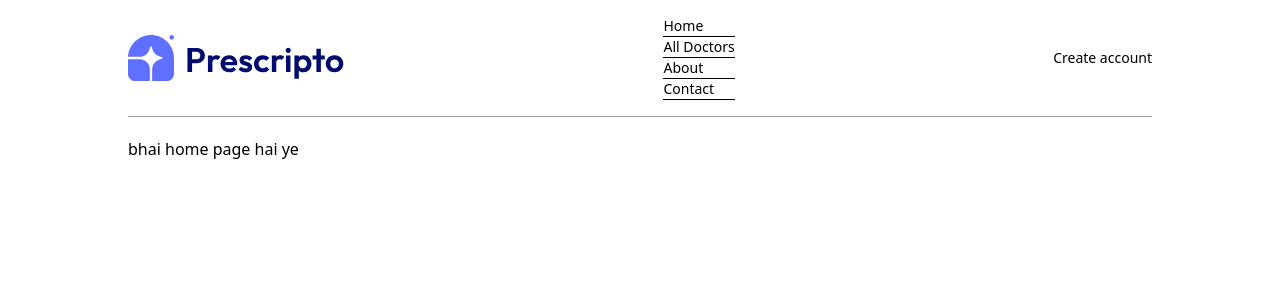
Repository: Pran2535/appointement_booking
Page: / (app in frontend/)
The author's editor kept a copy of each file at every save. The page is drawn from the files as they stood at one save, then again after the next save.
The browser window is 1280 px wide. The pictures show the whole page.
The project was rebuilt for these pictures with package versions that can differ from the ones it lists, and the page was loaded fresh each time. Also part of the build but not shown: frontend/vite.config.js, frontend/src/pages/About.jsx, frontend/src/pages/MyAppointments.jsx, frontend/src/pages/Doctors.jsx, frontend/src/pages/Login.jsx, frontend/src/pages/Contact.jsx, frontend/src/pages/MyProfile.jsx, frontend/src/pages/Appointment.jsx.

Above is the page before, as saved 2025-02-14 21:10:20.

### frontend/index.html
<!doctype html>
<html lang="en">
  <head>
    <meta charset="UTF-8" />
    <link rel="icon" type="image/svg+xml" href="/vite.svg" />
    <meta name="viewport" content="width=device-width, initial-scale=1.0" />
    <title>Mishra healthcare</title>
  </head>
  <body>
    <div id="root"></div>
    <script type="module" src="/src/main.jsx"></script>
  </body>
</html>

### frontend/src/main.jsx
import { StrictMode } from 'react'
import { createRoot } from 'react-dom/client'
import './index.css'
import App from './App.jsx'
import { BrowserRouter } from 'react-router-dom'

createRoot(document.getElementById('root')).render(
<BrowserRouter>
    <App />
  </BrowserRouter>,
)

### frontend/src/App.jsx
import React from 'react'
import { Route, Routes } from 'react-router-dom'
import Home from './pages/Home'
import About from './pages/About'
import MyAppointments from './pages/MyAppointments'
import Doctors from './pages/Doctors'
import Login from './pages/Login'
import Contact from './pages/Contact'
import MyProfile from './pages/MyProfile'
import Appointment from './pages/Appointment'
import Navbar from './components/Navbar'

const App = () => {
  return (
    <div className='mx-4 sm:mx-[10%]'>
      <Navbar/>{ /* mounted navbar component before routes so that it gets displayed over the all routes */}
      <Routes>
        <Route path='/' element={<Home />} />
        <Route path='/about' element={<About />} />
        <Route path='/my-appointments' element={<MyAppointments />} />
        <Route path='/doctors' element={<Doctors/>}/>
        <Route path='/doctors/:speciality' element={<Doctors/>}/>
        <Route path ='/login' element={<Login/>}/>
        <Route path='/contact' element={<Contact/>}/>
        <Route path ='/my-profile' element={<MyProfile/>}/>
        <Route path ='/appointments/:docId' element={<Appointment/>}/>
      </Routes>
    </div>
  )
}

export default App

### frontend/src/pages/Home.jsx
import React from 'react'

const Home = () => {
  return (
    <div>
      bhai home page hai ye
    </div>
  )
}

export default Home

### frontend/src/components/Navbar.jsx
import React from 'react'
import {assets}from '../assets/assets'
import { NavLink } from 'react-router-dom'
const Navbar = () => {
  return (
    <div className='flex items-center justify-between text-sm py-4 mb-5 border-b border-b-gray-400'>
        <img src={assets.logo} alt="" />
        <ul>
            <NavLink>
                <li>Home</li>
                <hr/>
                <li>All Doctors</li>
                <hr/>
                <li>About</li>
                <hr/>
                <li>Contact</li>
                <hr/>

            </NavLink>
        </ul>
        <div className="">
            <button>Create account</button>
        </div>
    </div>
  )
}

export default Navbar

### frontend/src/assets/assets.js
import appointment_img from './appointment_img.png'
import header_img from './header_img.png'
import group_profiles from './group_profiles.png'
import profile_pic from './profile_pic.png'
import contact_image from './contact_image.png'
import about_image from './about_image.png'
import logo from './logo.svg'
import dropdown_icon from './dropdown_icon.svg'
import menu_icon from './menu_icon.svg'
import cross_icon from './cross_icon.png'
import chats_icon from './chats_icon.svg'
import verified_icon from './verified_icon.svg'
import arrow_icon from './arrow_icon.svg'
import info_icon from './info_icon.svg'
import upload_icon from './upload_icon.png'
import stripe_logo from './stripe_logo.png'
import razorpay_logo from './razorpay_logo.png'
import doc1 from './doc1.png'
import doc2 from './doc2.png'
import doc3 from './doc3.png'
import doc4 from './doc4.png'
import doc5 from './doc5.png'
import doc6 from './doc6.png'
import doc7 from './doc7.png'
import doc8 from './doc8.png'
import doc9 from './doc9.png'
import doc10 from './doc10.png'
import doc11 from './doc11.png'
import doc12 from './doc12.png'
import doc13 from './doc13.png'
import doc14 from './doc14.png'
import doc15 from './doc15.png'
import Dermatologist from './Dermatologist.svg'
import Gastroenterologist from './Gastroenterologist.svg'
import General_physician from './General_physician.svg'
import Gynecologist from './Gynecologist.svg'
import Neurologist from './Neurologist.svg'
import Pediatricians from './Pediatricians.svg'


export const assets = {
    appointment_img,
    header_img,
    group_profiles,
    logo,
    chats_icon,
    verified_icon,
    info_icon,
    profile_pic,
    arrow_icon,
    contact_image,
    about_image,
    menu_icon,
    cross_icon,
    dropdown_icon,
    upload_icon,
    stripe_logo,
    razorpay_logo
}

export const specialityData = [
    {
        speciality: 'General physician',
        image: General_physician
    },
    {
        speciality: 'Gynecologist',
        image: Gynecologist
    },
    {
        speciality: 'Dermatologist',
        image: Dermatologist
    },
    {
        speciality: 'Pediatricians',
        image: Pediatricians
    },
    {
        speciality: 'Neurologist',
        image: Neurologist
    },
    {
        speciality: 'Gastroenterologist',
        image: Gastroenterologist
    },
]

export const doctors = [
    {
        _id: 'doc1',
        name: 'Dr. Richard James',
        image: doc1,
        speciality: 'General physician',
        degree: 'MBBS',
        experience: '4 Years',
        about: 'Dr. Davis has a strong commitment to delivering comprehensive medical care, focusing on preventive medicine, early diagnosis, and effective treatment strategies. Dr. Davis has a strong commitment to delivering comprehensive medical care, focusing on preventive medicine, early diagnosis, and effective treatment strategies.',
        fees: 50,
        address: {
            line1: '17th Cross, Richmond',
            line2: 'Circle, Ring Road, London'
        }
    },
    {
        _id: 'doc2',
        name: 'Dr. Emily Larson',
        image: doc2,
        speciality: 'Gynecologist',
        degree: 'MBBS',
        experience: '3 Years',
        about: 'Dr. Davis has a strong commitment to delivering comprehensive medical care, focusing on preventive medicine, early diagnosis, and effective treatment strategies. Dr. Davis has a strong commitment to delivering comprehensive medical care, focusing on preventive medicine, early diagnosis, and effective treatment strategies.',
        fees: 60,
        address: {
            line1: '27th Cross, Richmond',
            line2: 'Circle, Ring Road, London'
        }
    },
    {
        _id: 'doc3',
        name: 'Dr. Sarah Patel',
        image: doc3,
        speciality: 'Dermatologist',
        degree: 'MBBS',
        experience: '1 Years',
        about: 'Dr. Davis has a strong commitment to delivering comprehensive medical care, focusing on preventive medicine, early diagnosis, and effective treatment strategies. Dr. Davis has a strong commitment to delivering comprehensive medical care, focusing on preventive medicine, early diagnosis, and effective treatment strategies.',
        fees: 30,
        address: {
            line1: '37th Cross, Richmond',
            line2: 'Circle, Ring Road, London'
        }
    },
    {
        _id: 'doc4',
        name: 'Dr. Christopher Lee',
        image: doc4,
        speciality: 'Pediatricians',
        degree: 'MBBS',
        experience: '2 Years',
        about: 'Dr. Davis has a strong commitment to delivering comprehensive medical care, focusing on preventive medicine, early diagnosis, and effective treatment strategies. Dr. Davis has a strong commitment to delivering comprehensive medical care, focusing on preventive medicine, early diagnosis, and effective treatment strategies.',
        fees: 40,
        address: {
            line1: '47th Cross, Richmond',
            line2: 'Circle, Ring Road, London'
        }
    },
    {
        _id: 'doc5',
        name: 'Dr. Jennifer Garcia',
        image: doc5,
        speciality: 'Neurologist',
        degree: 'MBBS',
        experience: '4 Years',
        about: 'Dr. Davis has a strong commitment to delivering comprehensive medical care, focusing on preventive medicine, early diagnosis, and effective treatment strategies. Dr. Davis has a strong commitment to delivering comprehensive medical care, focusing on preventive medicine, early diagnosis, and effective treatment strategies.',
        fees: 50,
        address: {
            line1: '57th Cross, Richmond',
            line2: 'Circle, Ring Road, London'
        }
    },
    {
        _id: 'doc6',
        name: 'Dr. Andrew Williams',
        image: doc6,
        speciality: 'Neurologist',
        degree: 'MBBS',
        experience: '4 Years',
        about: 'Dr. Davis has a strong commitment to delivering comprehensive medical care, focusing on preventive medicine, early diagnosis, and effective treatment strategies. Dr. Davis has a strong commitment to delivering comprehensive medical care, focusing on preventive medicine, early diagnosis, and effective treatment strategies.',
        fees: 50,
        address: {
            line1: '57th Cross, Richmond',
            line2: 'Circle, Ring Road, London'
        }
    },
    {
        _id: 'doc7',
        name: 'Dr. Christopher Davis',
        image: doc7,
        speciality: 'General physician',
        degree: 'MBBS',
        experience: '4 Years',
        about: 'Dr. Davis has a strong commitment to delivering comprehensive medical care, focusing on preventive medicine, early diagnosis, and effective treatment strategies. Dr. Davis has a strong commitment to delivering comprehensive medical care, focusing on preventive medicine, early diagnosis, and effective treatment strategies.',
        fees: 50,
        address: {
            line1: '17th Cross, Richmond',
            line2: 'Circle, Ring Road, London'
        }
    },
    {
        _id: 'doc8',
        name: 'Dr. Timothy White',
        image: doc8,
        speciality: 'Gynecologist',
        degree: 'MBBS',
        experience: '3 Years',
        about: 'Dr. Davis has a strong commitment to delivering comprehensive medical care, focusing on preventive medicine, early diagnosis, and effective treatment strategies. Dr. Davis has a strong commitment to delivering comprehensive medical care, focusing on preventive medicine, early diagnosis, and effective treatment strategies.',
        fees: 60,
        address: {
            line1: '27th Cross, Richmond',
            line2: 'Circle, Ring Road, London'
        }
    },
    {
        _id: 'doc9',
        name: 'Dr. Ava Mitchell',
        image: doc9,
        speciality: 'Dermatologist',
        degree: 'MBBS',
        experience: '1 Years',
        about: 'Dr. Davis has a strong commitment to delivering comprehensive medical care, focusing on preventive medicine, early diagnosis, and effective treatment strategies. Dr. Davis has a strong commitment to delivering comprehensive medical care, focusing on preventive medicine, early diagnosis, and effective treatment strategies.',
        fees: 30,
        address: {
            line1: '37th Cross, Richmond',
            line2: 'Circle, Ring Road, London'
        }
    },
    {
        _id: 'doc10',
        name: 'Dr. Jeffrey King',
        image: doc10,
        speciality: 'Pediatricians',
        degree: 'MBBS',
        experience: '2 Years',
        about: 'Dr. Davis has a strong commitment to delivering comprehensive medical care, focusing on preventive medicine, early diagnosis, and effective treatment strategies. Dr. Davis has a strong commitment to delivering comprehensive medical care, focusing on preventive medicine, early diagnosis, and effective treatment strategies.',
        fees: 40,
        address: {
            line1: '47th Cross, Richmond',
            line2: 'Circle, Ring Road, London'
        }
    },
    {
        _id: 'doc11',
        name: 'Dr. Zoe Kelly',
        image: doc11,
        speciality: 'Neurologist',
        degree: 'MBBS',
        experience: '4 Years',
        about: 'Dr. Davis has a strong commitment to delivering comprehensive medical care, focusing on preventive medicine, early diagnosis, and effective treatment strategies. Dr. Davis has a strong commitment to delivering comprehensive medical care, focusing on preventive medicine, early diagnosis, and effective treatment strategies.',
        fees: 50,
        address: {
            line1: '57th Cross, Richmond',
            line2: 'Circle, Ring Road, London'
        }
    },
    {
        _id: 'doc12',
        name: 'Dr. Patrick Harris',
        image: doc12,
        speciality: 'Neurologist',
        degree: 'MBBS',
        experience: '4 Years',
        about: 'Dr. Davis has a strong commitment to delivering comprehensive medical care, focusing on preventive medicine, early diagnosis, and effective treatment strategies. Dr. Davis has a strong commitment to delivering comprehensive medical care, focusing on preventive medicine, early diagnosis, and effective treatment strategies.',
        fees: 50,
        address: {
            line1: '57th Cross, Richmond',
            line2: 'Circle, Ring Road, London'
        }
    },
    {
        _id: 'doc13',
        name: 'Dr. Chloe Evans',
        image: doc13,
        speciality: 'General physician',
        degree: 'MBBS',
        experience: '4 Years',
        about: 'Dr. Davis has a strong commitment to delivering comprehensive medical care, focusing on preventive medicine, early diagnosis, and effective treatment strategies. Dr. Davis has a strong commitment to delivering comprehensive medical care, focusing on preventive medicine, early diagnosis, and effective treatment strategies.',
        fees: 50,
        address: {
            line1: '17th Cross, Richmond',
            line2: 'Circle, Ring Road, London'
        }
    },
    {
        _id: 'doc14',
        name: 'Dr. Ryan Martinez',
        image: doc14,
        speciality: 'Gynecologist',
        degree: 'MBBS',
        experience: '3 Years',
        about: 'Dr. Davis has a strong commitment to delivering comprehensive medical care, focusing on preventive medicine, early diagnosis, and effective treatment strategies. Dr. Davis has a strong commitment to delivering comprehensive medical care, focusing on preventive medicine, early diagnosis, and effective treatment strategies.',
        fees: 60,
        address: {
            line1: '27th Cross, Richmond',
            line2: 'Circle, Ring Road, London'
        }
    },
    {
        _id: 'doc15',
        name: 'Dr. Amelia Hill',
        image: doc15,
        speciality: 'Dermatologist',
        degree: 'MBBS',
        experience: '1 Years',
        about: 'Dr. Davis has a strong commitment to delivering comprehensive medical care, focusing on preventive medicine, early diagnosis, and effective treatment strategies. Dr. Davis has a strong commitment to delivering comprehensive medical care, focusing on preventive medicine, early diagnosis, and effective treatment strategies.',
        fees: 30,
        address: {
            line1: '37th Cross, Richmond',
            line2: 'Circle, Ring Road, London'
        }
    },
]

Loaded but not shown: frontend/src/index.css (common file)

After the next save:
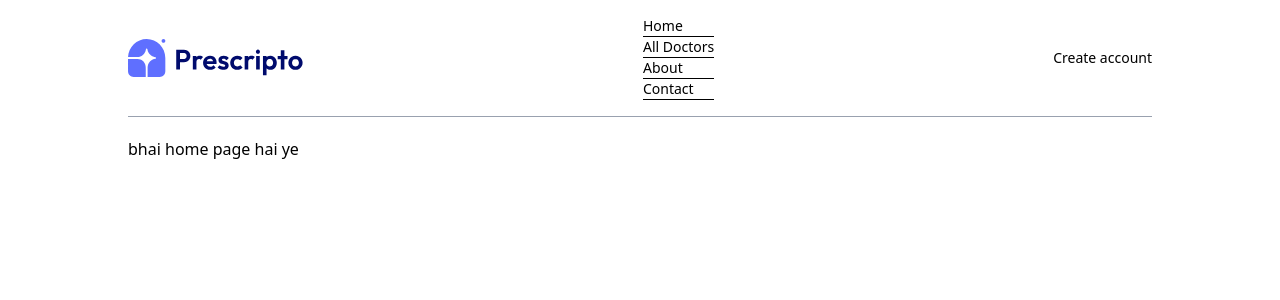
Saved 38 s later.
--- a/frontend/src/components/Navbar.jsx
+++ b/frontend/src/components/Navbar.jsx
@@ -4,7 +4,7 @@ import { NavLink } from 'react-router-dom'
 const Navbar = () => {
   return (
     <div className='flex items-center justify-between text-sm py-4 mb-5 border-b border-b-gray-400'>
-        <img src={assets.logo} alt="" />
+        <img className='w-44 cursor-pointer' src={assets.logo} alt="" />
         <ul>
             <NavLink>
                 <li>Home</li>
